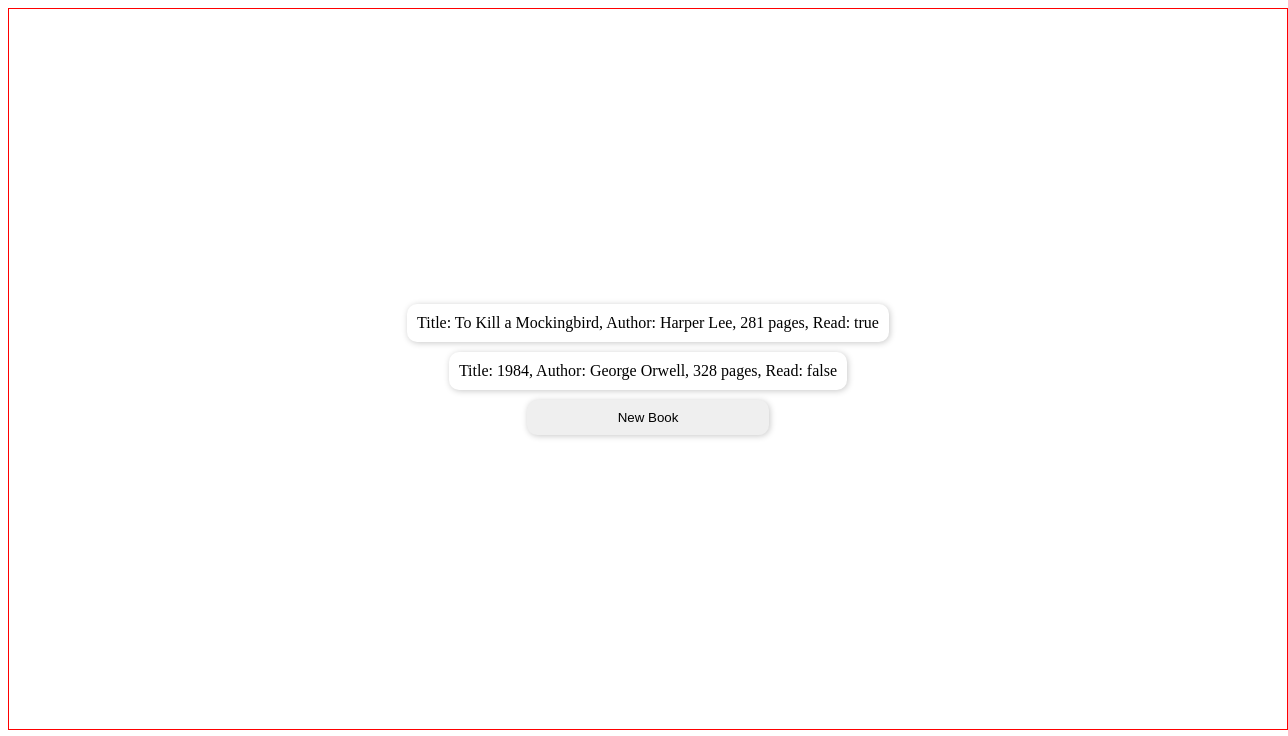
Repository: kocokoy/library
Page: index.html
These files come from the project's save history. The page is drawn as it stood at one moment and after the next save; the edit follows.
The browser window is 1280 px wide. The page is 1288 px wide, so the pictures cover 1288 px, including what lies to the right of the window. The pictures show the whole page.
After loading, the first visible `button.new-book-button` was clicked once.

Above is the page before, as saved 2024-11-05 17:30:05.

After the next save:
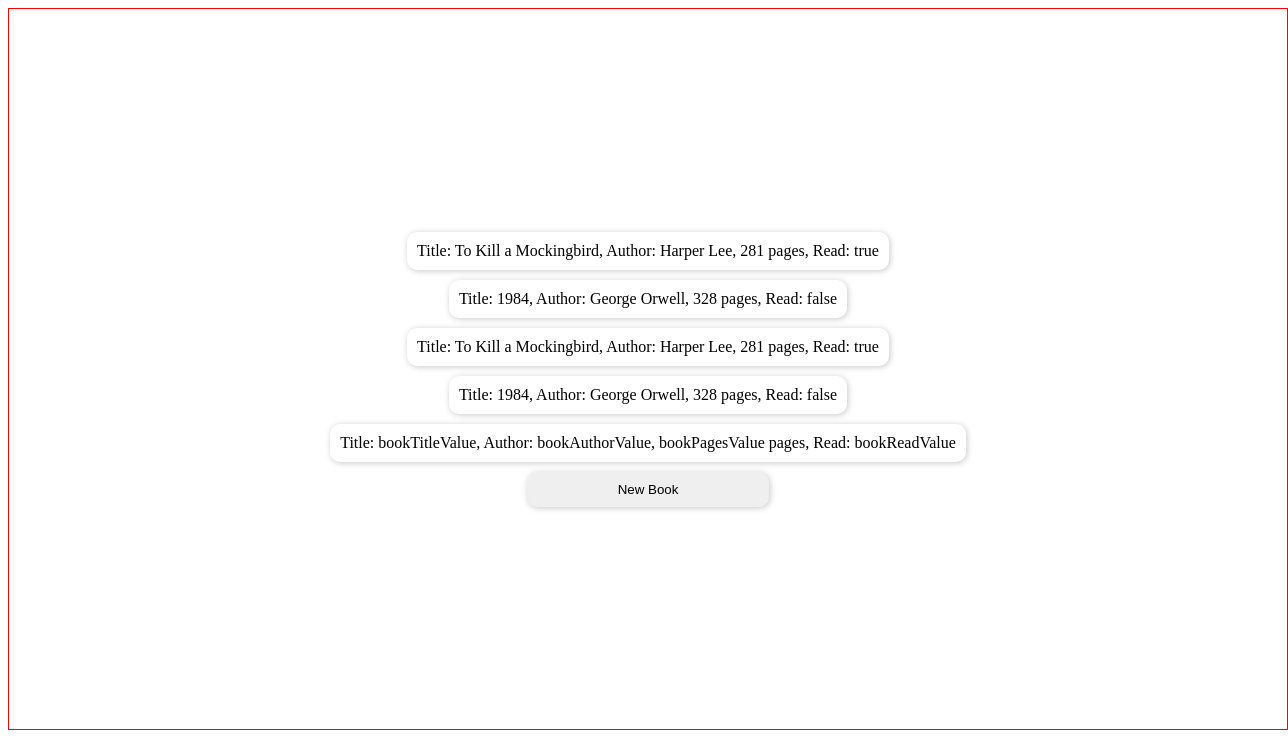
Saved 40 s later.
--- a/script.js
+++ b/script.js
@@ -58,6 +58,7 @@ bookButtonElement.addEventListener('click', () => {
   // bookReadElement.value = '';
   // addBookToLibrary(bookTitleValue,bookAuthorValue,bookPagesValue,bookReadValue);
   addBookToLibrary('bookTitleValue','bookAuthorValue','bookPagesValue','bookReadValue');
+  displayBookToLibrary();
 
   console.log(myLibrary);
 })
